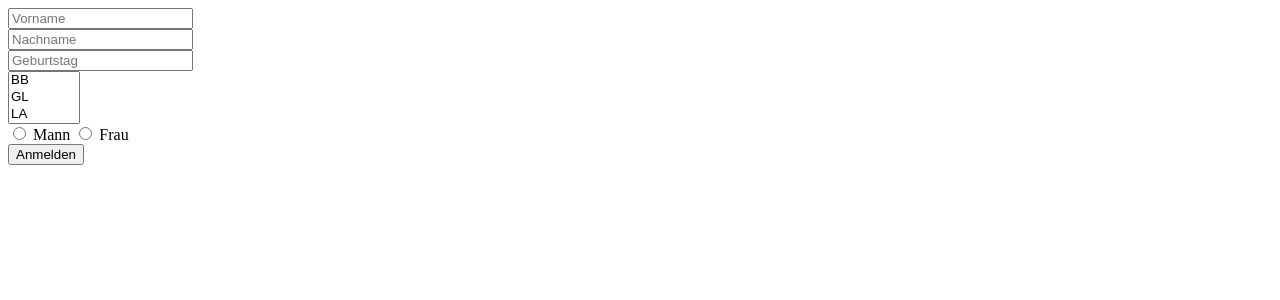
Repository: asdffdsa123/SA-Project
Page: http://localhost/SA-Webapp/
These files come from the project's save history. The page is drawn as it stood at one moment and after the next save; the edit follows.
The browser window is 1280 px wide. The pictures show the whole page.
The page is served by Tomcat 9. Nobody is signed in. The application's start-up code is not run.

Above is the page before, as saved 2013-11-24 15:12:04.

After the next save:
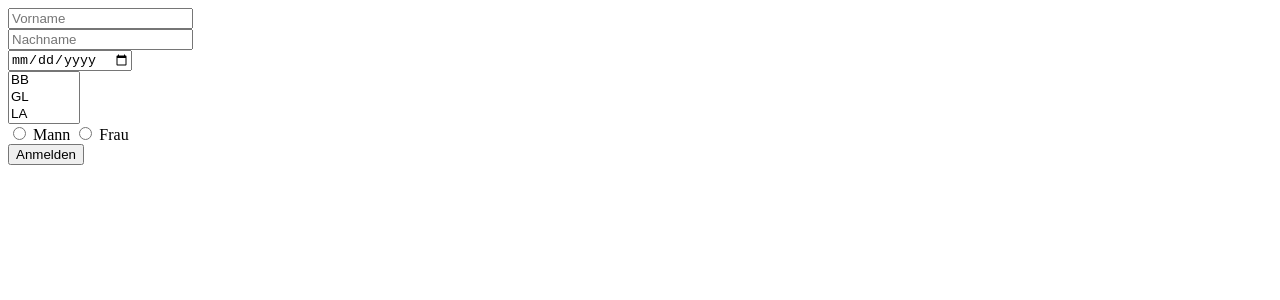
Saved 94 s later.
--- a/SA-Webapp/WAR/index.jsp
+++ b/SA-Webapp/WAR/index.jsp
@@ -8,7 +8,7 @@
 		<form>
 			<input type = "text" name = "name" placeholder = "Vorname"/> <br/>
 			<input type = "text" name = "lastname" placeholder = "Nachname"/> <br/>
-			<input type = "text" name = "birthday" placeholder = "Geburtstag"/> <br/>
+			<input type = "date" name = "birthday" placeholder = "Geburtstag"/> <br/>
 			<select name="fakulty" size="3">
 			<%
 				Fakulty[] fs = Fakulty.values();
